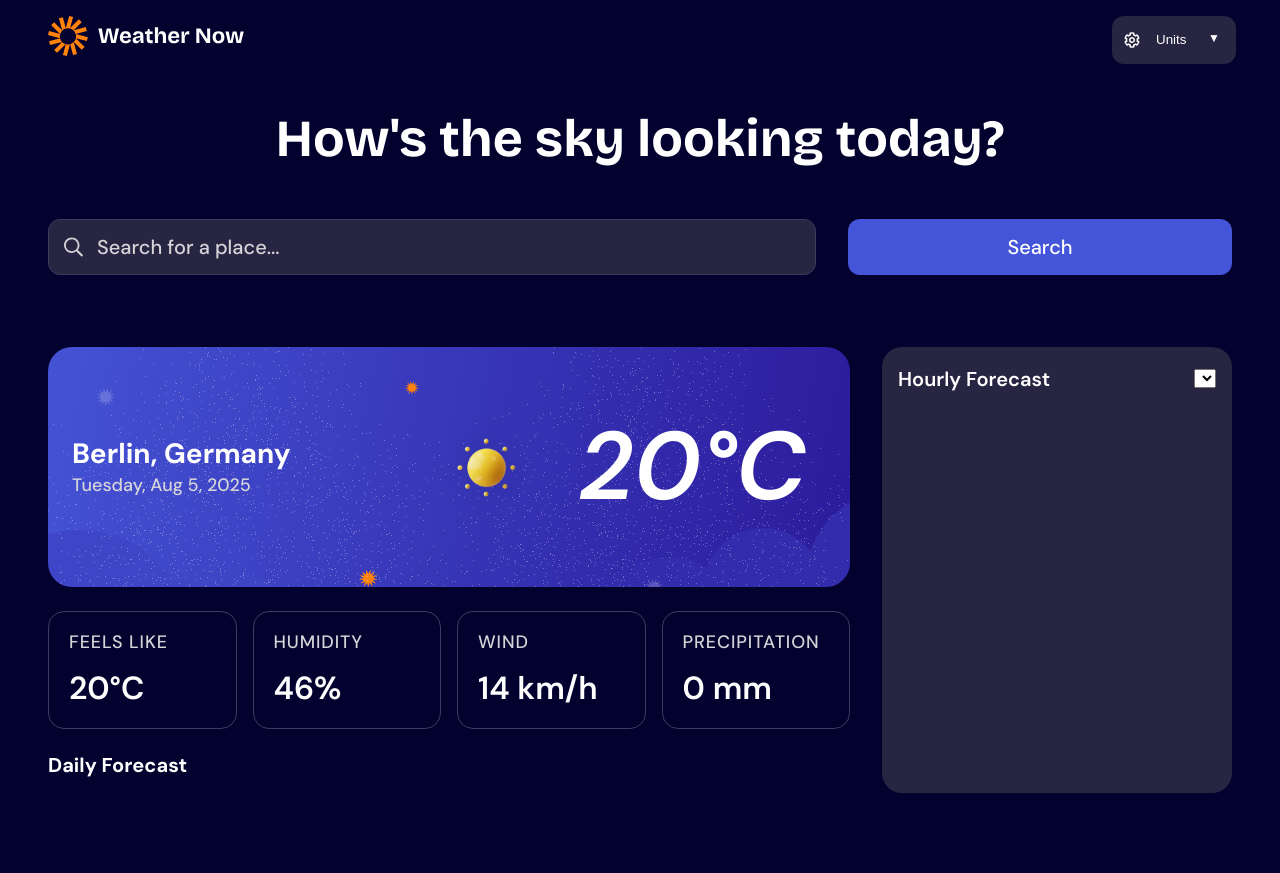
Repository: MKwaak/weather-app-main
Page: index.html
The author's editor kept a copy of each file at every save. The page is drawn from the files as they stood at one save, then again after the next save.
The browser window is 1280 px wide. The pictures show the whole page.
The page's requests for data from a server got no answer.

Above is the page before, as saved 2026-02-01 01:37:12.

After the next save:
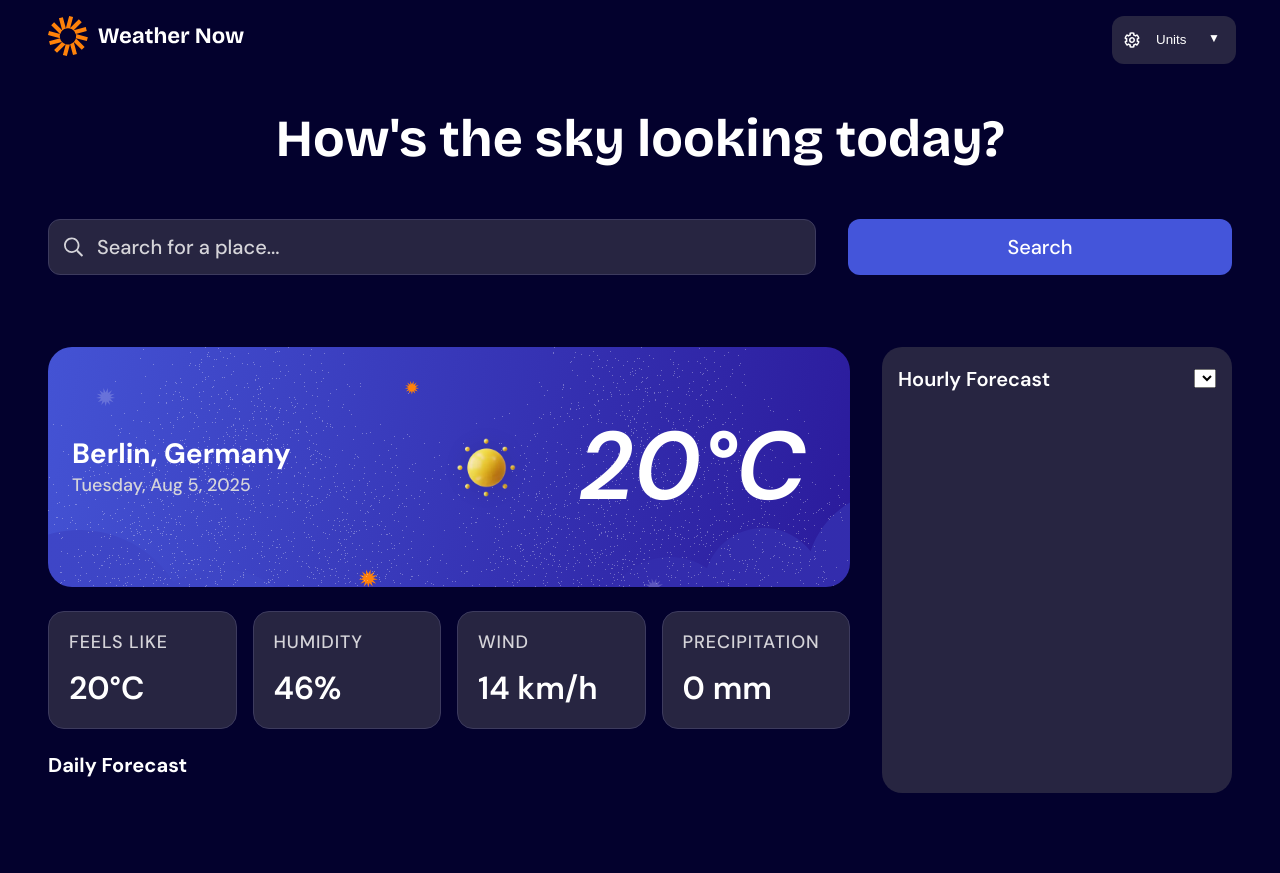
Saved 5 min 13 s later.
--- a/style.css
+++ b/style.css
@@ -598,7 +598,7 @@
     }
 
     .current__condition {
-      background-color: var(--color-panel-bg);
+      background-color: var(--color-panel-bg-dark);
       padding: 20px;
       border-radius: 16px;
       /* Optioneel: zorg dat ze even hoog zijn */
